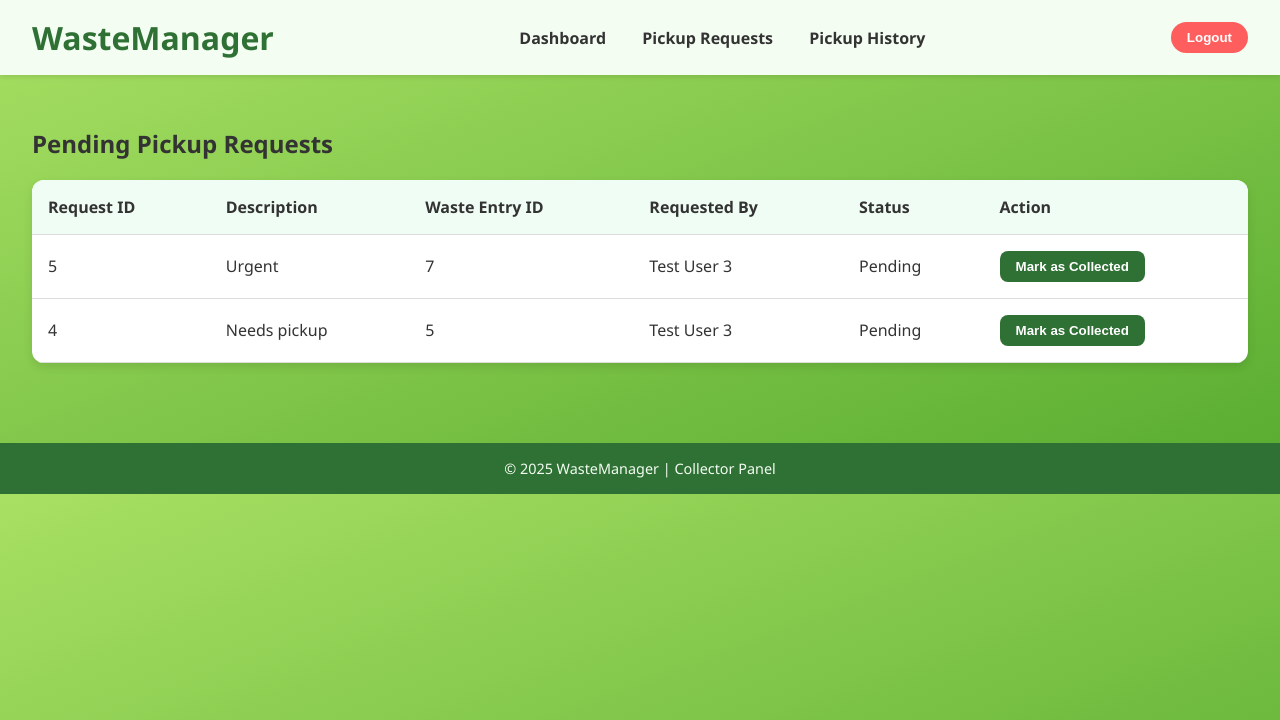
Repository: mahekagrawal25/restaurant-waste-management
Page: frontend/pickup-requests.html
An editor plug-in stored every save of this project. The page is shown before and after the next save, followed by the edit.
The browser window is 1280 px wide. The pictures show the whole page.
The page's requests for data from a server got no answer.

Above is the page before, as saved 2025-04-21 12:23:28.

### frontend/pickup-requests.html
<!DOCTYPE html>
<html lang="en">
<head>
  <meta charset="UTF-8" />
  <meta name="viewport" content="width=device-width, initial-scale=1.0" />
  <title>Pending Pickup Requests</title>
  <style>
    body {
      font-family: 'Segoe UI', Tahoma, Geneva, Verdana, sans-serif;
      margin: 0;
      background: linear-gradient(to bottom right, #a8e063, #56ab2f);
      color: #333;
    }

    .header {
      background-color: #f3fdf2;
      display: flex;
      justify-content: space-between;
      align-items: center;
      padding: 1rem 2rem;
      box-shadow: 0 2px 5px rgba(0, 0, 0, 0.1);
    }

    .header h1 {
      color: #2f7034;
      margin: 0;
    }

    .nav-links a {
      margin: 0 1rem;
      text-decoration: none;
      color: #333;
      font-weight: bold;
    }

    .logout-btn {
      background-color: #ff5e5e;
      color: white;
      border: none;
      padding: 0.5rem 1rem;
      border-radius: 20px;
      cursor: pointer;
      font-weight: bold;
    }

    .container {
      padding: 2rem;
    }

    table {
      width: 100%;
      border-collapse: collapse;
      background-color: white;
      border-radius: 12px;
      box-shadow: 0 4px 10px rgba(0, 0, 0, 0.1);
      overflow: hidden;
    }

    th, td {
      padding: 1rem;
      text-align: left;
      border-bottom: 1px solid #ddd;
    }

    th {
      background-color: #f0fdf4;
      color: #333;
      font-size: 1rem;
    }

    .action-btn {
      background-color: #2f7034;
      color: white;
      padding: 0.5rem 1rem;
      border: none;
      border-radius: 8px;
      font-weight: bold;
      cursor: pointer;
      transition: background 0.3s ease;
    }

    .action-btn:hover {
      background-color: #256628;
    }

    .footer {
      text-align: center;
      padding: 1rem;
      font-size: 0.9rem;
      color: #f3fdf2;
      background-color: #2f7034;
      margin-top: 3rem;
    }
  </style>
</head>
<body>

  <div class="header">
    <h1>WasteManager</h1>
    <div class="nav-links">
      <a href="#">Dashboard</a>
      <a href="#">Pickup Requests</a>
      <a href="#">Pickup History</a>
    </div>
    <button class="logout-btn">Logout</button>
  </div>

  <div class="container">
    <h2>Pending Pickup Requests</h2>
    <table>
      <thead>
        <tr>
          <th>Request ID</th>
          <th>Description</th>
          <th>Waste Entry ID</th>
          <th>Requested By</th>
          <th>Status</th>
          <th>Action</th>
        </tr>
      </thead>
      <tbody>
        <tr>
          <td>5</td>
          <td>Urgent</td>
          <td>7</td>
          <td>Test User 3</td>
          <td>Pending</td>
          <td><button class="action-btn">Mark as Collected</button></td>
        </tr>
        <tr>
          <td>4</td>
          <td>Needs pickup</td>
          <td>5</td>
          <td>Test User 3</td>
          <td>Pending</td>
          <td><button class="action-btn">Mark as Collected</button></td>
        </tr>
      </tbody>
    </table>
  </div>

  <div class="footer">
    © 2025 WasteManager | Collector Panel
  </div>

</body>
</html>

After the next save:
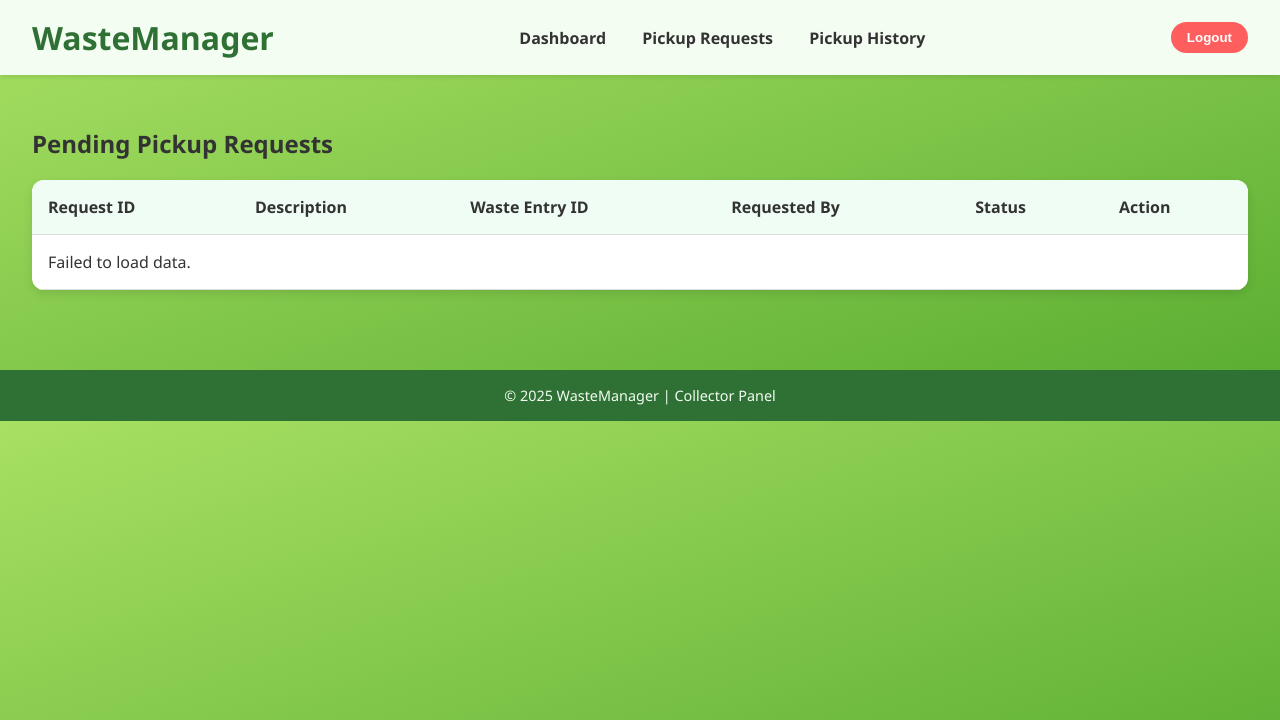
Saved 106 s later.
--- a/frontend/pickup-requests.html
+++ b/frontend/pickup-requests.html
@@ -5,6 +5,7 @@
   <meta name="viewport" content="width=device-width, initial-scale=1.0" />
   <title>Pending Pickup Requests</title>
   <style>
+    /* Your existing styles remain unchanged */
     body {
       font-family: 'Segoe UI', Tahoma, Geneva, Verdana, sans-serif;
       margin: 0;
@@ -98,11 +99,11 @@
   <div class="header">
     <h1>WasteManager</h1>
     <div class="nav-links">
-      <a href="#">Dashboard</a>
-      <a href="#">Pickup Requests</a>
-      <a href="#">Pickup History</a>
+      <a href="collector_dashboard.html">Dashboard</a>
+      <a href="pickup-requests.html">Pickup Requests</a>
+      <a href="pickup-history.html">Pickup History</a>
     </div>
-    <button class="logout-btn">Logout</button>
+    <button class="logout-btn" id="logoutBtn">Logout</button>
   </div>
 
   <div class="container">
@@ -118,23 +119,8 @@
           <th>Action</th>
         </tr>
       </thead>
-      <tbody>
-        <tr>
-          <td>5</td>
-          <td>Urgent</td>
-          <td>7</td>
-          <td>Test User 3</td>
-          <td>Pending</td>
-          <td><button class="action-btn">Mark as Collected</button></td>
-        </tr>
-        <tr>
-          <td>4</td>
-          <td>Needs pickup</td>
-          <td>5</td>
-          <td>Test User 3</td>
-          <td>Pending</td>
-          <td><button class="action-btn">Mark as Collected</button></td>
-        </tr>
+      <tbody id="pickupRequestsTableBody">
+        <!-- JS will insert rows here -->
       </tbody>
     </table>
   </div>
@@ -143,5 +129,78 @@
     © 2025 WasteManager | Collector Panel
   </div>
 
+  <script>
+    document.addEventListener("DOMContentLoaded", () => {
+      const token = localStorage.getItem("token");
+      const tableBody = document.getElementById("pickupRequestsTableBody");
+
+      // Logout handler
+      document.getElementById("logoutBtn")?.addEventListener("click", () => {
+        localStorage.clear();
+        window.location.href = "index.html";
+      });
+
+      async function loadPickupRequests() {
+        try {
+          const res = await fetch("http://localhost:5000/api/pickup-requests", {
+            headers: { Authorization: `Bearer ${token}` }
+          });
+
+          const requests = await res.json();
+          tableBody.innerHTML = "";
+
+          if (!Array.isArray(requests) || requests.length === 0) {
+            tableBody.innerHTML = `<tr><td colspan="6">No pending pickup requests.</td></tr>`;
+            return;
+          }
+
+          requests.forEach((req) => {
+            const row = document.createElement("tr");
+            row.innerHTML = `
+              <td>${req.id}</td>
+              <td>${req.description}</td>
+              <td>${req.category} (${req.quantity})</td>
+              <td>${req.requested_by}</td>
+              <td>${req.status}</td>
+              <td>
+                <button class="action-btn" onclick="markCollected(${req.id})">
+                  Mark as Collected
+                </button>
+              </td>
+            `;
+            tableBody.appendChild(row);
+          });
+        } catch (err) {
+          console.error("Error loading pickup requests:", err);
+          tableBody.innerHTML = `<tr><td colspan="6">Failed to load data.</td></tr>`;
+        }
+      }
+
+      window.markCollected = async function (requestId) {
+        if (!confirm("Are you sure you want to mark this as collected?")) return;
+
+        try {
+          const res = await fetch(`http://localhost:5000/api/mark-collected/${requestId}`, {
+            method: "PUT",
+            headers: { Authorization: `Bearer ${token}` }
+          });
+
+          const result = await res.json();
+
+          if (res.ok) {
+            alert(result.message);
+            loadPickupRequests();
+          } else {
+            alert(result.message || "Failed to update.");
+          }
+        } catch (err) {
+          console.error("Error marking collected:", err);
+          alert("Server error.");
+        }
+      };
+
+      loadPickupRequests();
+    });
+  </script>
 </body>
 </html>
